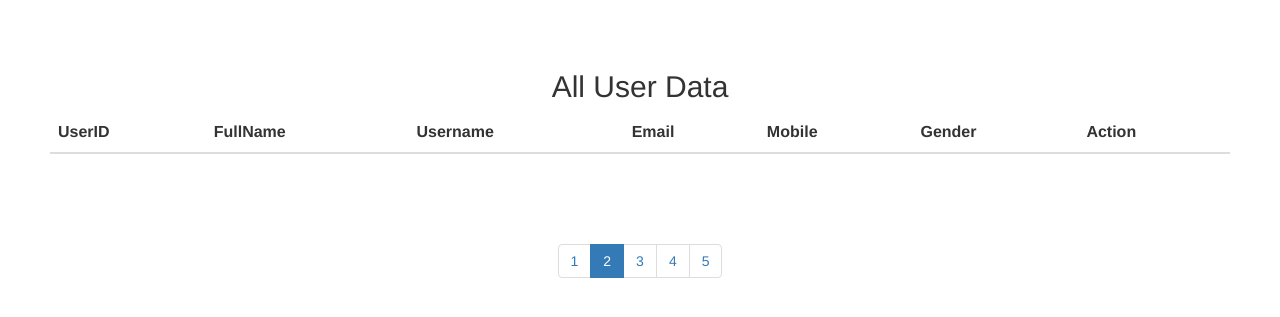
Repository: Asterisc-Institute/Advance-Java-Batch5
Page: http://localhost/Project01/show?page=1
The author's editor kept a copy of each file at every save. The page is drawn from the files as they stood at one save, then again after the next save.
The browser window is 1280 px wide. The pictures show the whole page.
The page is served by Tomcat 9. Other server files are loaded and not shown. Queries for data that is not in the repository find no rows.

Above is the page before, as saved 2023-05-16 12:40:21.

### Project01/src/service/ShowServ.java
package service;

import java.io.IOException;
import java.io.PrintWriter;
import java.sql.SQLException;
import java.util.ArrayList;

import javax.servlet.ServletException;
import javax.servlet.annotation.WebServlet;
import javax.servlet.http.HttpServlet;
import javax.servlet.http.HttpServletRequest;
import javax.servlet.http.HttpServletResponse;

import model.User;
import model.UserDao;

@WebServlet("/show")
public class ShowServ extends HttpServlet {

	protected void doGet(HttpServletRequest request, HttpServletResponse response) throws ServletException, IOException {
		response.setContentType("text/html");
		PrintWriter out=response.getWriter();

		out.print("<link rel='stylesheet' href='https://maxcdn.bootstrapcdn.com/bootstrap/3.4.1/css/bootstrap.min.css'>");
		out.print("<script src='https://ajax.googleapis.com/ajax/libs/jquery/3.6.4/jquery.min.js'></script>");
		out.print("<script src='https://maxcdn.bootstrapcdn.com/bootstrap/3.4.1/js/bootstrap.min.js'></script>");

		out.print("<div style='padding:50px'>");
		out.print("<center><H2>All User Data</H2></center>");


		UserDao db=new UserDao();


		out.print("<table class='table'>");
		out.print("    <thead>");
		out.print("      <tr>");
		out.print("        <th>UserID</th>");
		out.print("        <th>FullName</th>");
		out.print("        <th>Username</th>");
		out.print("        <th>Email</th>");
		out.print("        <th>Mobile</th>");
		out.print("        <th>Gender</th>");
		out.print("        <th>Action</th>");
		out.print("      </tr>");
		out.print("    </thead>");
		out.print("    <tbody>");

		try {
			ArrayList<User> ul=db.getAllUser();

			for(User u:ul)
			{
			//out.print(u+"<br/>");
				//uid, fname, uname, email, mob, upass, gender
				out.print("<tr>");
				out.print("<td>"+u.getUid()+"</td>");
				out.print("<td>"+u.getFname()+"</td>");
				out.print("<td>"+u.getUname()+"</td>");
				out.print("<td>"+u.getEmail()+"</td>");
				out.print("<td>"+u.getMob()+"</td>");
				//out.print("<td>"+u.getUpass()+"</td>");
				out.print("<td>"+u.getGender()+"</td>");
				out.print("<td><a href='#' class='btn btn-primary'>Edit</a> &nbsp;&nbsp;&nbsp; <a href='#' class='btn btn-danger'>Delete</a></td>");
				out.print("</tr>");
			}


		} catch (ClassNotFoundException | SQLException e) {
			// TODO Auto-generated catch block
			e.printStackTrace();
		}





		out.print("    </tbody>");
		out.print("</table>");

		out.print("</div>");
		out.print("<center>");
		out.print("<ul class='pagination'>");
		out.print("  <li><a href='#'>1</a></li>");
		out.print("  <li class='active'><a href='#'>2</a></li>");
		out.print("  <li><a href='#'>3</a></li>");
		out.print("  <li><a href='#'>4</a></li>");
		out.print("  <li><a href='#'>5</a></li>");
		out.print("</ul>");
		out.print("</center>");

	}


	protected void doPost(HttpServletRequest request, HttpServletResponse response) throws ServletException, IOException {
		// TODO Auto-generated method stub
		doGet(request, response);
	}

}

### Project01/src/model/UserDao.java
package model;

import java.sql.Connection;
import java.sql.DriverManager;
import java.sql.PreparedStatement;
import java.sql.ResultSet;
import java.sql.SQLException;
import java.util.ArrayList;

public class UserDao {

	String driver = "com.mysql.jdbc.Driver";
	String db_name = "batch5";
	String db_url = "jdbc:mysql://localhost:3306/" + db_name;
	String db_uname = "root";
	String db_upass = "abc123";

	Connection getConnect() throws ClassNotFoundException, SQLException
	{
		Class.forName(driver); //s1
		Connection con = DriverManager.getConnection(db_url, db_uname, db_upass);//s2
		return con;
	}

	public int save(User u) throws ClassNotFoundException, SQLException
	{
		String sql="insert into user_tbl (fname, uname, email, mob, upass, gender) values(?,?,?,?,?,?)";
		Connection con=getConnect();
		PreparedStatement ps=con.prepareStatement(sql);//s3
		ps.setString(1, u.getFname());
		ps.setString(2, u.getUname());
		ps.setString(3, u.getEmail());
		ps.setString(4, u.getMob());
		ps.setString(5, u.getUpass());
		ps.setString(6, u.getGender());

		int a =ps.executeUpdate();//s4

		con.close();//s5
		return a;

	}

	public boolean checkUser(String email) throws ClassNotFoundException, SQLException {
		String sql="select * from user_tbl where email=?";
		Connection con=getConnect();
		PreparedStatement ps=con.prepareStatement(sql);//s3
		ps.setString(1, email);
		ResultSet rs =ps.executeQuery();//s4

		boolean a=rs.absolute(1);

		con.close();//s5

		return a;
	}

	public boolean loginUser(String email, String upass) throws ClassNotFoundException, SQLException {
		String sql="select * from user_tbl where email=? and upass=?";
		Connection con=getConnect();
		PreparedStatement ps=con.prepareStatement(sql);//s3
		ps.setString(1, email);
		ps.setString(2, upass);
		ResultSet rs =ps.executeQuery();//s4

		boolean a=rs.absolute(1);

		con.close();//s5

		return a;
	}

	public ArrayList<User> getAllUser() throws ClassNotFoundException, SQLException {
		String sql="select * from user_tbl";
		Connection con=getConnect();
		PreparedStatement ps=con.prepareStatement(sql);//s3

		ResultSet rs =ps.executeQuery();//s4

		ArrayList<User> ul=new ArrayList<>();

		while(rs.next())
		{ //uid, fname, uname, email, mob, upass, gender
			User u=new User(rs.getInt(1), rs.getString(2),  rs.getString(3),  rs.getString(4),  rs.getString(5),  rs.getString(6),  rs.getString(7));
			ul.add(u);
		}

		con.close();//s5

		return ul;
	}

}

After the next save:
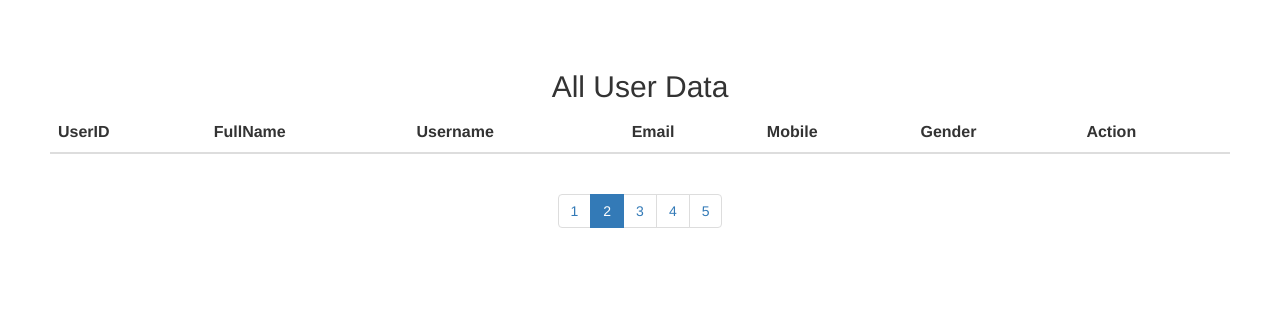
Saved 18 s later.
--- a/Project01/src/service/ShowServ.java
+++ b/Project01/src/service/ShowServ.java
@@ -78,7 +78,6 @@ public class ShowServ extends HttpServlet {
 		out.print("    </tbody>");
 		out.print("</table>");
 
-		out.print("</div>");
 		out.print("<center>");
 		out.print("<ul class='pagination'>");
 		out.print("  <li><a href='#'>1</a></li>");
@@ -88,6 +87,8 @@ public class ShowServ extends HttpServlet {
 		out.print("  <li><a href='#'>5</a></li>");
 		out.print("</ul>");
 		out.print("</center>");
+		out.print("</div>");
+
 
 	}
 
